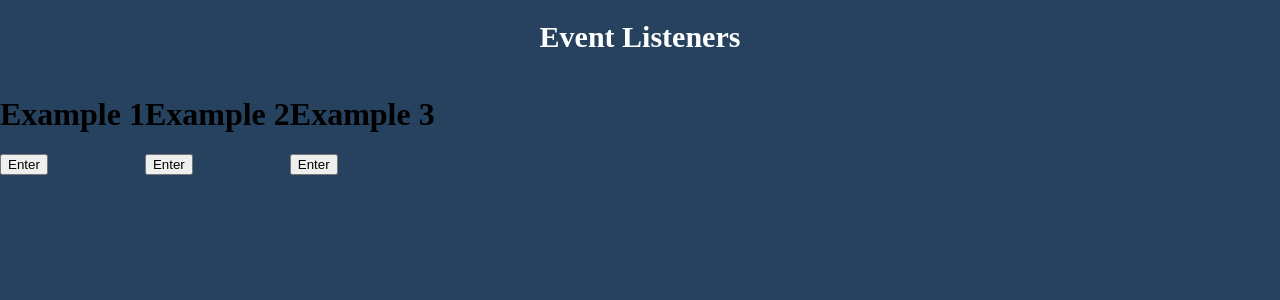
Repository: wakoya-tech/react-project
Page: Desktop/shaakala/ebo/index.html
These files come from the project's save history. The page is drawn as it stood at one moment and after the next save; the edit follows.
The browser window is 1280 px wide. The pictures show the whole page.

Above is the page before, as saved 2025-08-29 10:01:34.

After the next save:
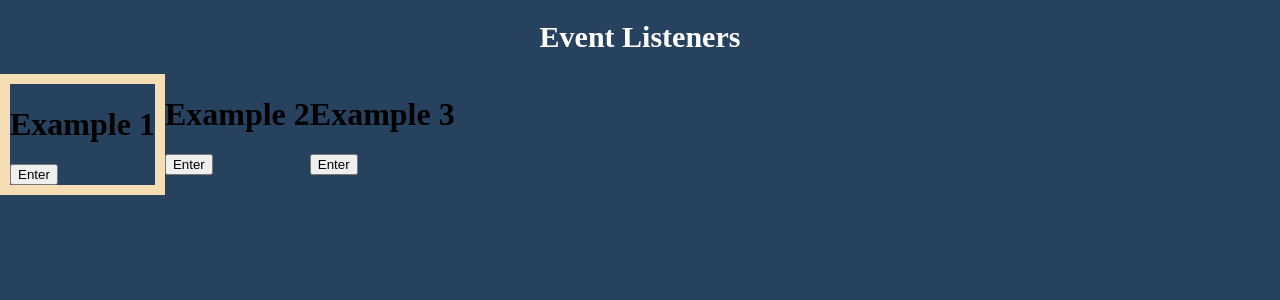
Saved 11 s later.
--- a/Desktop/shaakala/ebo/index.html
+++ b/Desktop/shaakala/ebo/index.html
@@ -24,7 +24,7 @@
         display: flex;
 
     }
-.boxes box-1{
+.box-1{
     border: 10px solid wheat;
 }
 </style>
